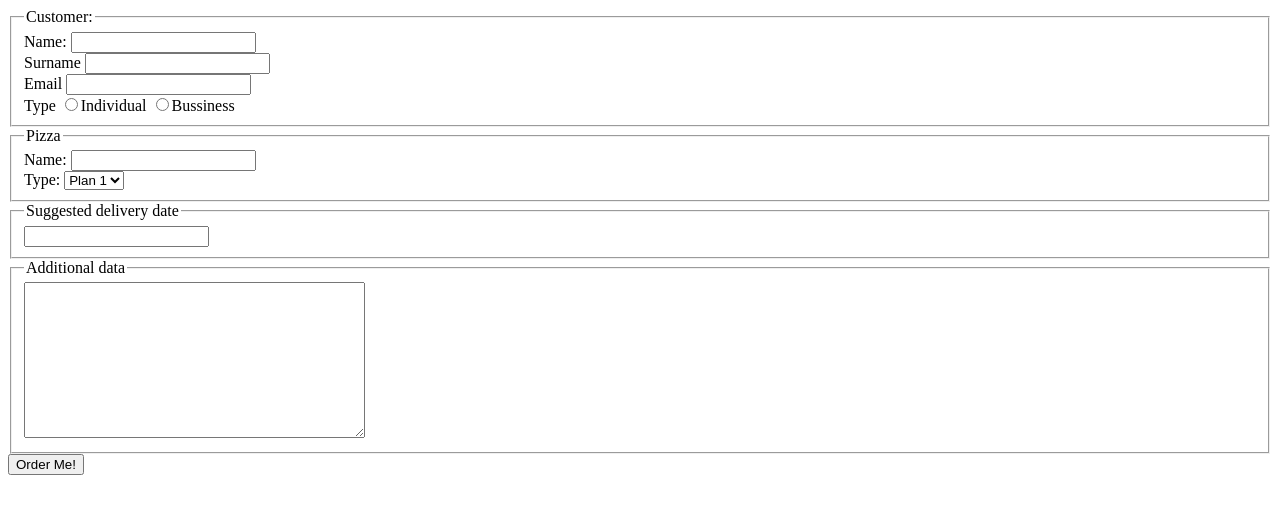
Repository: wisni4k/html-trainee
Page: testWeb/WebContent/Formularz.html
An editor plug-in stored every save of this project. The page is shown before and after the next save, followed by the edit.
The browser window is 1280 px wide. The pictures show the whole page.

Above is the page before, as saved 2015-07-10 11:55:32.

### testWeb/WebContent/Formularz.html
<!DOCTYPE html>
<html>
<head>
<meta charset="UTF-8">
<title>Insert title here</title>
</head>
<body>

	<form>
		<fieldset>
			<legend>Customer:</legend>
			Name: <input type="text"><br> Surname <input type="text"><br>
			Email <input type="text"><br> Type <input
				type="radio" name="vehicle" value="Bike">Individual <input
				type="radio" name="vehicle" value="Car">Bussiness
		</fieldset>

		<fieldset>
			<legend>Pizza</legend>
			Name: <input type="text"><br> Type: <select
				name="decision">
				<option selected>Plan 1
				<option>Plan 2
				<option>Plan 3
				<option>Plan 4
				<option>Plan 5
			</select>
		</fieldset>
		<fieldset>
			<legend>Suggested delivery date</legend>
			<form>
				<input name="t" type="datetime">
			</form>
		</fieldset>
		<fieldset>
			<legend>Additional data</legend>
			<textarea name="nazwa" cols="40" rows="10">

			</textarea>
		</fieldset>
	</form>
		<form action="OrdersList.html">
		<input type="submit" value="Order Me!">
	</form>


</body>
</html>

After the next save:
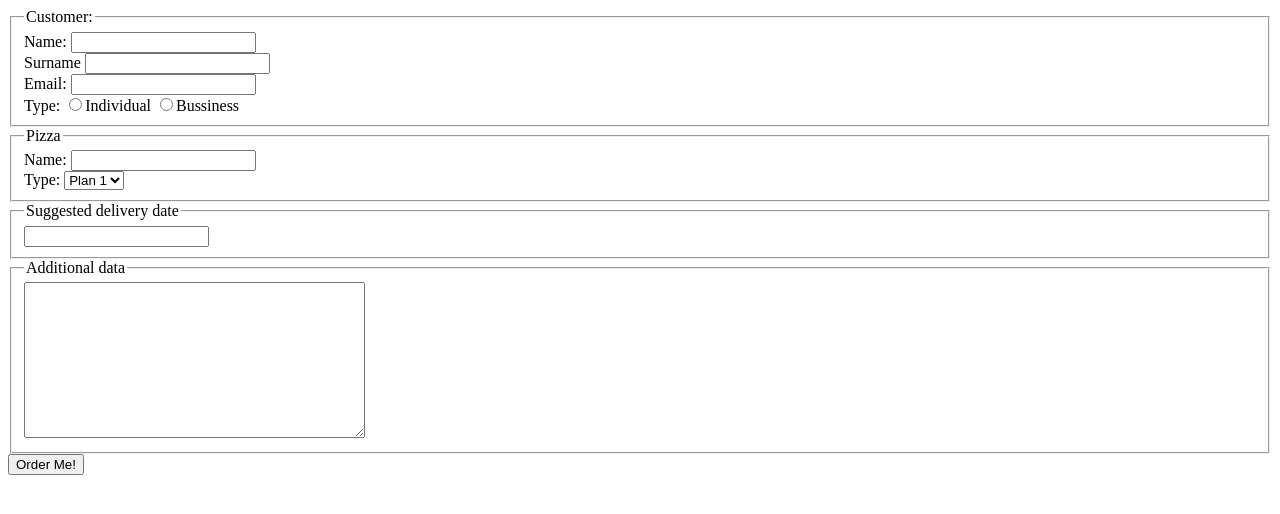
Saved 62 s later.
--- a/testWeb/WebContent/Formularz.html
+++ b/testWeb/WebContent/Formularz.html
@@ -9,10 +9,11 @@
 	<form>
 		<fieldset>
 			<legend>Customer:</legend>
-			Name: <input type="text"><br> Surname <input type="text"><br>
-			Email <input type="text"><br> Type <input
-				type="radio" name="vehicle" value="Bike">Individual <input
-				type="radio" name="vehicle" value="Car">Bussiness
+			Name: <input name ="name" type="text"><br> Surname <input type="text"><br>
+			Email: <input name ="email" type="text"><br>
+			Type: <input
+				type="radio" name="Individual" value="Bike">Individual <input
+				type="radio" name="Bussiness" value="Car">Bussiness
 		</fieldset>
 
 		<fieldset>
